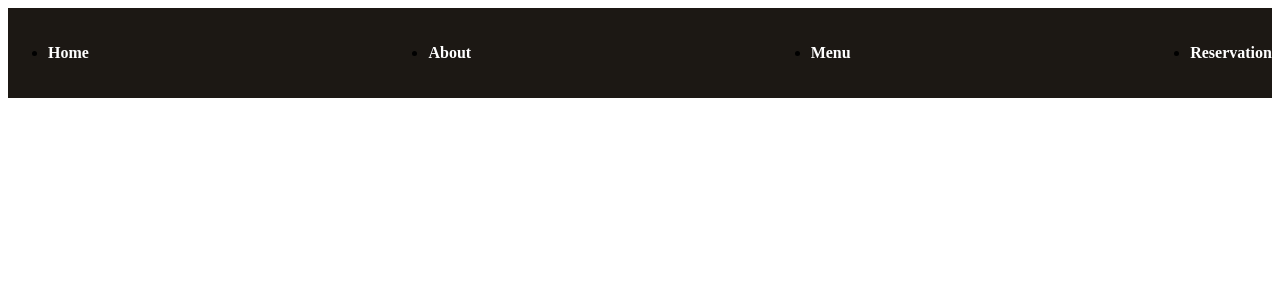
Repository: SitoraRashidova/CoffeShop_Figma
Page: /
An editor plug-in stored every save of this project. The page is shown before and after the next save, followed by the edit.
The browser window is 1280 px wide. The pictures show the whole page.
The project was rebuilt for these pictures with package versions that can differ from the ones it lists, and the page was loaded fresh each time. Also part of the build but not shown: vite.config.js.

Above is the page before, as saved 2024-11-24 22:41:38.

### src/index.css
/* :root {
  font-family: Inter, system-ui, Avenir, Helvetica, Arial, sans-serif;
  line-height: 1.5;
  font-weight: 400;

  color-scheme: light dark;
  color: rgba(255, 255, 255, 0.87);
  background-color: #242424;

  font-synthesis: none;
  text-rendering: optimizeLegibility;
  -webkit-font-smoothing: antialiased;
  -moz-osx-font-smoothing: grayscale;
} */

*{
  box-sizing: border-box;
}

.container {
  width: 100%;
  max-width: 1296px;
  margin: 0 auto;
}

/* Header uchun style */

.header{
  background-color: #1C1814;
  padding: 20px 0;
}
.nav-list{
  display: flex;
  align-items: center;
  justify-content: space-between;
}

.nav-list__item-link{
  color: white;
  text-decoration: none;
  font-weight: 600;
}

### src/App.jsx
import './App.css'
import Header from './components/header'

function App() {

  return (
    <>
     <Header />
    </>
  )
}

export default App

### src/App.css
*{
  box-sizing: border-box;
}

/* Header uchun style */

.container {
  width: 100%;
  max-width: 1296px;
  margin: 0 auto;
}

### src/components/header.jsx


const Header = () => {
  return (
    <header className="header">
      <div className="container">
        <nav>
            <ul className="nav-list">
                <li className="nav-list__item">
                    <a className="nav-list__item-link" href="/home">Home</a>
                </li>
                <li className="nav-list__item">
                    <a className="nav-list__item-link" href="/about">About</a>
                </li>
                <li className="nav-list__item">
                    <a className="nav-list__item-link" href="/menu">Menu</a>
                </li>
                <li className="nav-list__item">
                    <a className="nav-list__item-link" href="/Reservation">Reservation</a>
                </li>
            </ul>
        </nav>

      </div>
    </header>
  )
}

export default Header

Loaded but not shown: index.html (common file); src/main.jsx (common file)

After the next save:
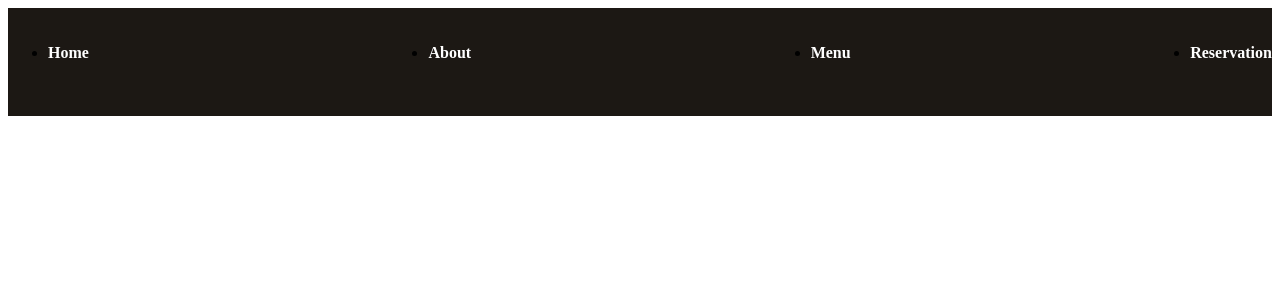
Saved 8 s later.
--- a/src/components/header.jsx
+++ b/src/components/header.jsx
@@ -20,7 +20,9 @@
                 </li>
             </ul>
         </nav>
-
+        <div>
+            <img src="" alt="" />
+        </div>
       </div>
     </header>
   )
